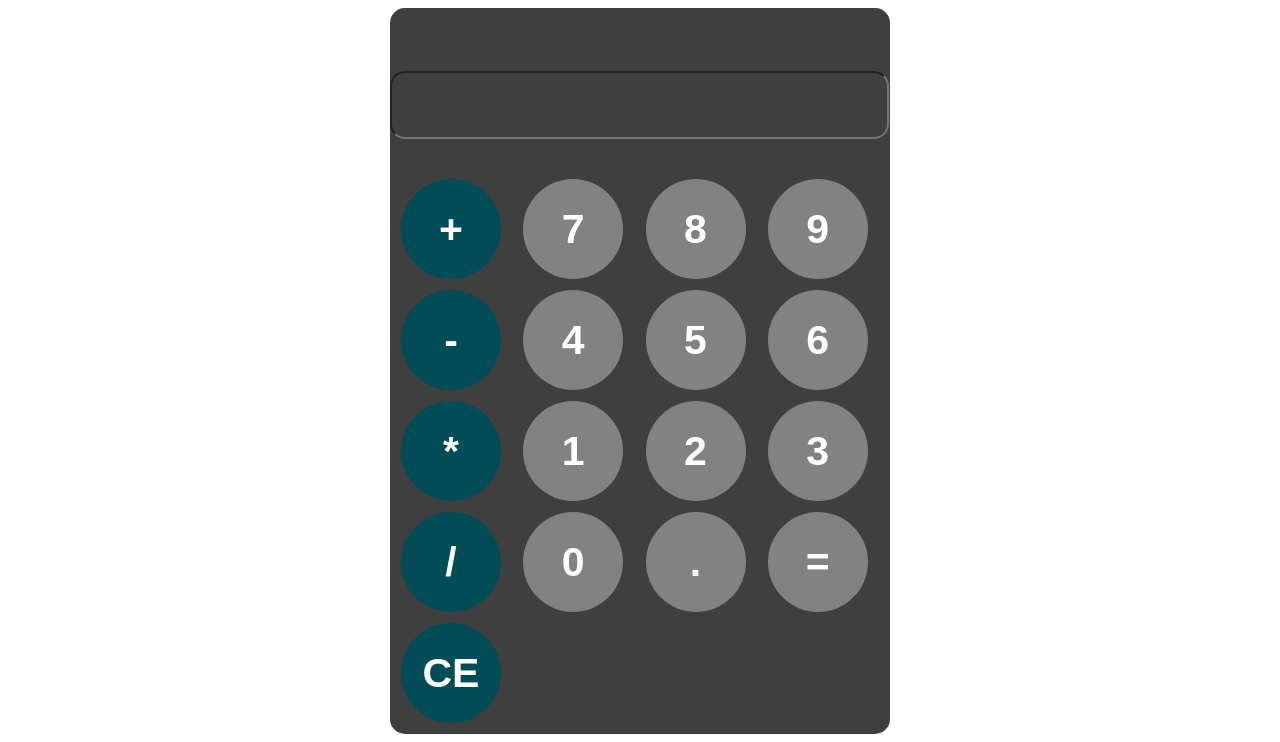
Repository: rkrukshan/JS-Calculator
Page: index.html
These files come from the project's save history. The page is drawn as it stood at one moment and after the next save; the edit follows.
The browser window is 1280 px wide. The pictures show the whole page.

Above is the page before, as saved 2024-09-02 14:20:18.

### index.html
<!DOCTYPE html>
<html lang="en">

<head>
    <meta charset="UTF-8">
    <meta name="viewport" content="width=device-width, initial-scale=1.0">
    <title>Document</title>
    <link rel="stylesheet" href="style.css">
</head>

<body>
    <div id="calculator">
        <input id="screen" readonly>
        <div id="buttons">

            <button class="operator" onclick="appendScreen('+')">+</button>
            <button onclick="appendScreen('7')">7</button>
            <button onclick="appendScreen('8')">8</button>
            <button onclick="appendScreen('9')">9</button>
            <button class="operator" onclick="appendScreen('-')">-</button>
            <button onclick="appendScreen('4')">4</button>
            <button onclick="appendScreen('5')">5</button>
            <button onclick="appendScreen('6')">6</button>
            <button class="operator" onclick="appendScreen('*')">*</button>
            <button onclick="appendScreen('1')">1</button>
            <button onclick="appendScreen('2')">2</button>
            <button onclick="appendScreen('3')">3</button>
            <button class="operator" onclick="appendScreen('/')">/</button>
            <button onclick="appendScreen('0')">0</button>
            <button onclick="appendScreen('.')">.</button>
            <button onclick="result('=')">=</button>
            <button class="operator" onclick="displayClear('CE')">CE</button>


        </div>
    </div>
    <script src="script.js"></script>
</body>

</html>

### style.css
#calculator {
  display: flexbox;
  align-items: center;
  height: 100vh;
  justify-content: center;
  border: none;
  max-width: 500px;
  max-height: 600px;
  margin: auto;
  padding: 5% 0;
  background-color: hsl(0, 1%, 25%);
  border-radius: 15px;
}
#screen {
  width: 97%;
  max-height: 100%;
  color: white;
  font-size: 55px;
  border-radius: 15px;
  padding: 0 5px;
  background-color: transparent;
}
#buttons {
  margin: 29px 0px;
  display: grid;
  grid-template-columns: repeat(4, 1fr);
  align-items: center;
  justify-content: center;
  gap: 11px;
  padding: 11px;
}
button {
  width: 100px;
  height: 100px;
  border-radius: 50px;
  color: white;
  background-color: hsl(0, 0%, 51%);
  font-size: 41px;
  font-weight: bold;
  cursor: pointer;
  border: none;
}
button:active {
  background-color: hsl(0, 1%, 45%);
  box-shadow: 1px 1px 15px rgb(100, 206, 241);
}

.operator {
  background-color: rgb(0, 77, 88);
}
.operator:active {
  background-color: hsla(188, 96%, 22%, 0.466);
  box-shadow: 1px 1px 15px rgb(100, 206, 255);
}

### script.js
const displayScreen = document.getElementById("screen");

const appendScreen = (input) => {
  displayScreen.value += input;
};

const displayClear = () => {
  displayScreen.value = 0;
};

const result = () => {
  try {
    displayScreen.value = eval(displayScreen.value);
  } catch (error) {
    displayScreen.value = "NAN";
  }
};

After the next save:
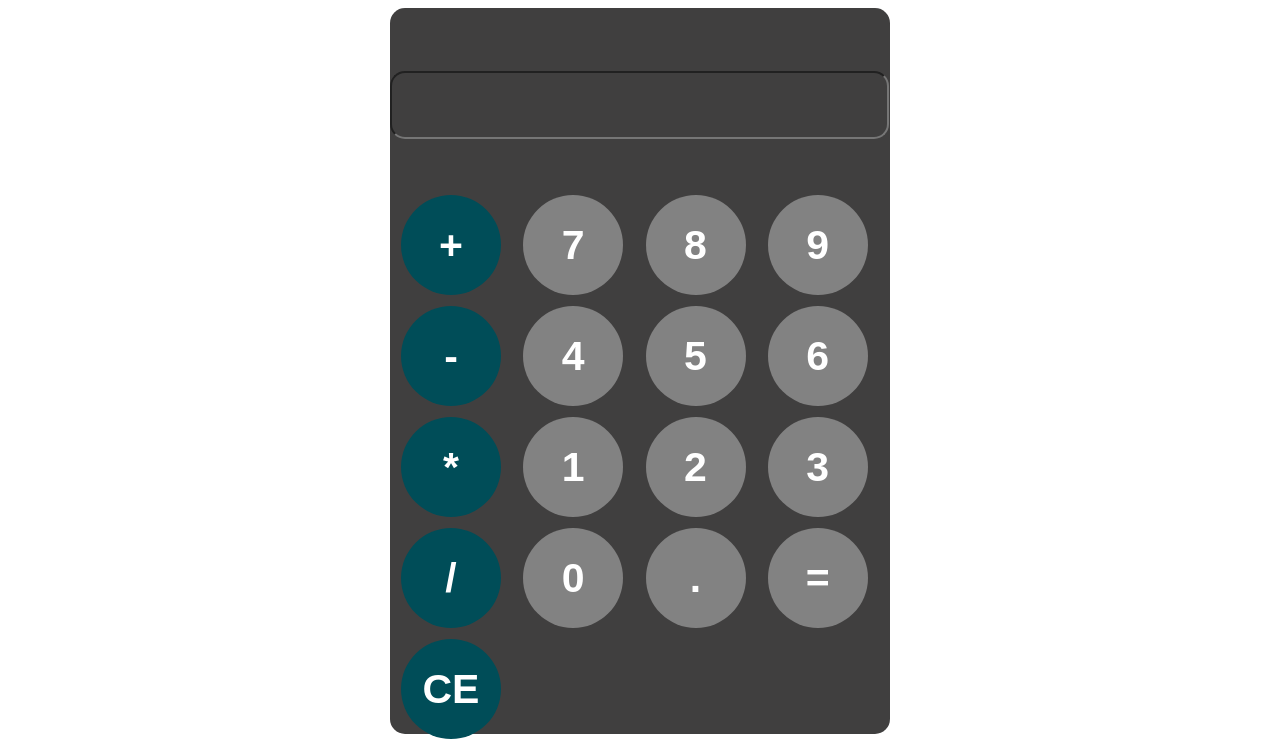
Saved 4 s later.
--- a/style.css
+++ b/style.css
@@ -21,7 +21,7 @@
   background-color: transparent;
 }
 #buttons {
-  margin: 29px 0px;
+  margin: 45px 0px;
   display: grid;
   grid-template-columns: repeat(4, 1fr);
   align-items: center;
